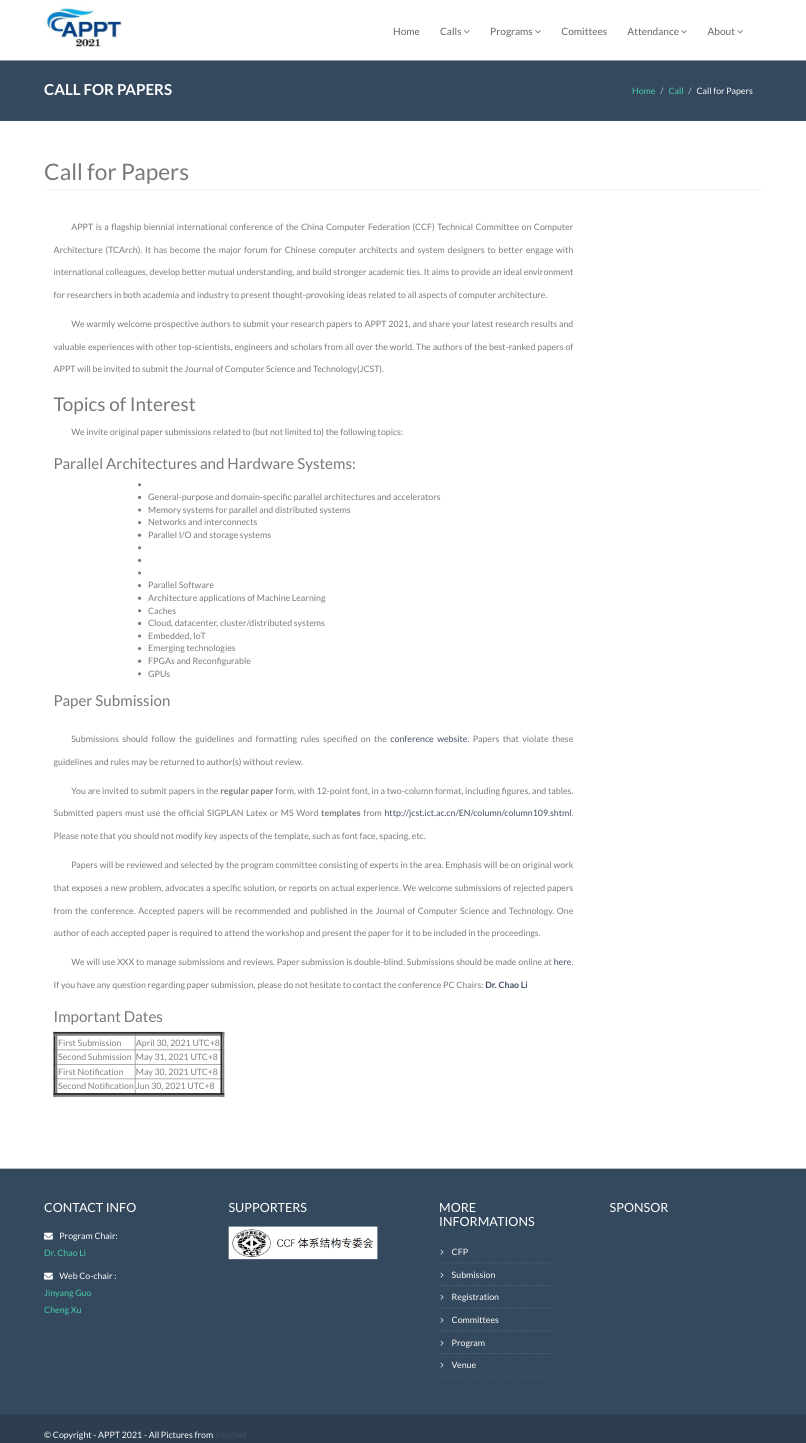
Repository: APPT2021/APPT2021.github.io
Page: call-papers.html
An editor plug-in stored every save of this project. The page is shown before and after a run of saves, followed by the edit.
The browser window is 1280 px wide. The pictures show the whole page, at 63% of full size.

Above is the page before, as saved 2021-03-25 00:26:46.
Console error: ReferenceError: jQuery is not defined

After the next 3 saves:
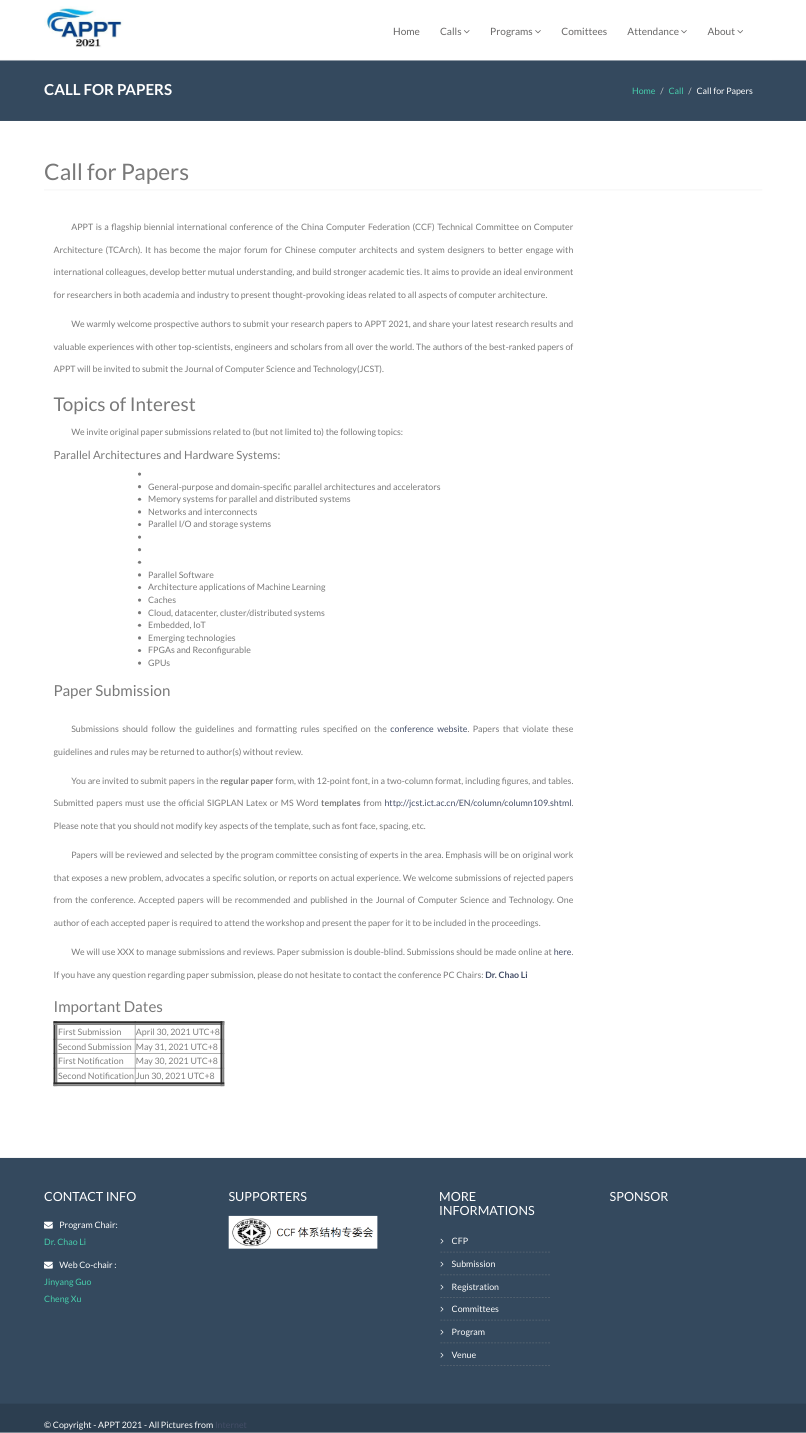
The 3 saves are shown as one change because they came seconds apart.
The last was saved 18 s later.
--- a/call-papers.html
+++ b/call-papers.html
@@ -86,7 +86,8 @@
 		</p>
 		<h2>Topics of Interest</h2>
 		<p class="p1">We invite original paper submissions related to (but not limited to) the following topics:</p>
-		<h3>Parallel Architectures and Hardware Systems:</h3>
+
+		<h4>Parallel Architectures and Hardware Systems:</h4>
 		<ul style="margin-left: 150px;">
 			<li style=" text-align: justify;">
 
